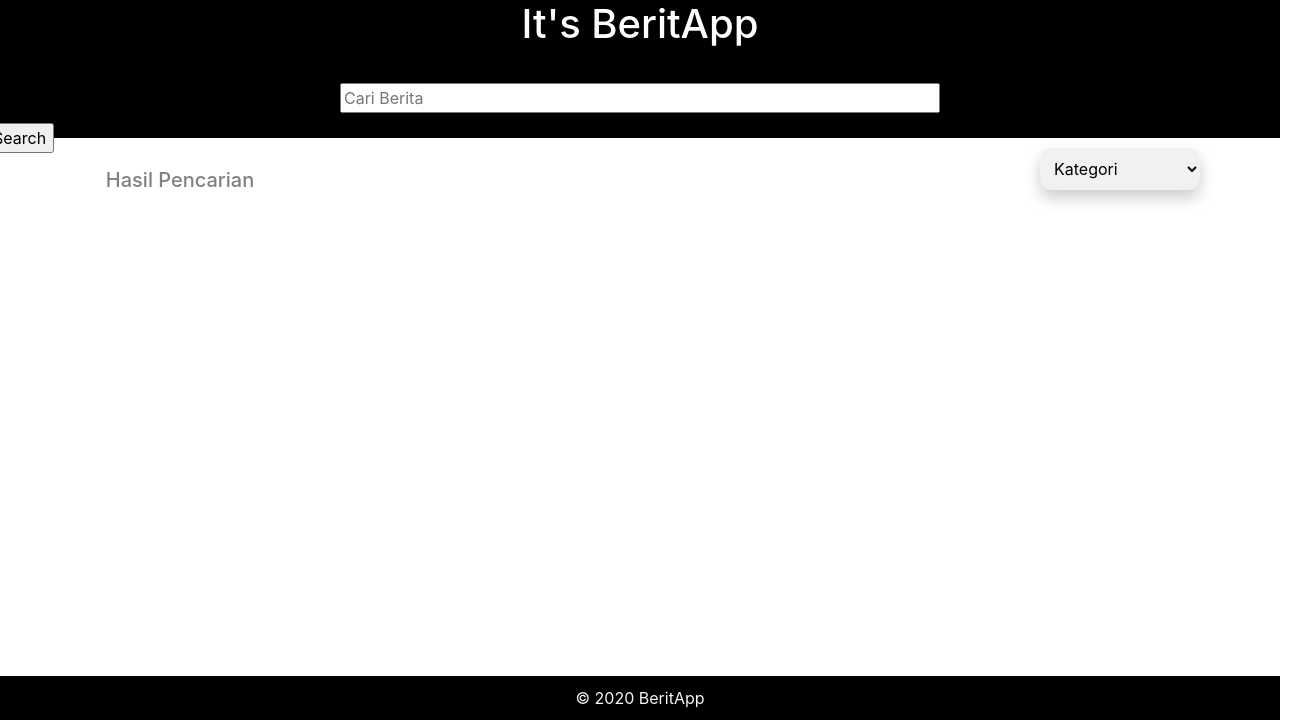
Repository: faalihnst/berita
Page: /
The author's editor kept a copy of each file at every save. The page is drawn from the files as they stood at one save, then again after the next save.
The browser window is 1280 px wide. The page is 1295 px wide, so the pictures cover 1295 px, including what lies to the right of the window. The pictures show the whole page.
The project was rebuilt for these pictures with package versions that can differ from the ones it lists, and the page was loaded fresh each time.

Above is the page before, as saved 2020-06-05 08:47:09.

After the next save:
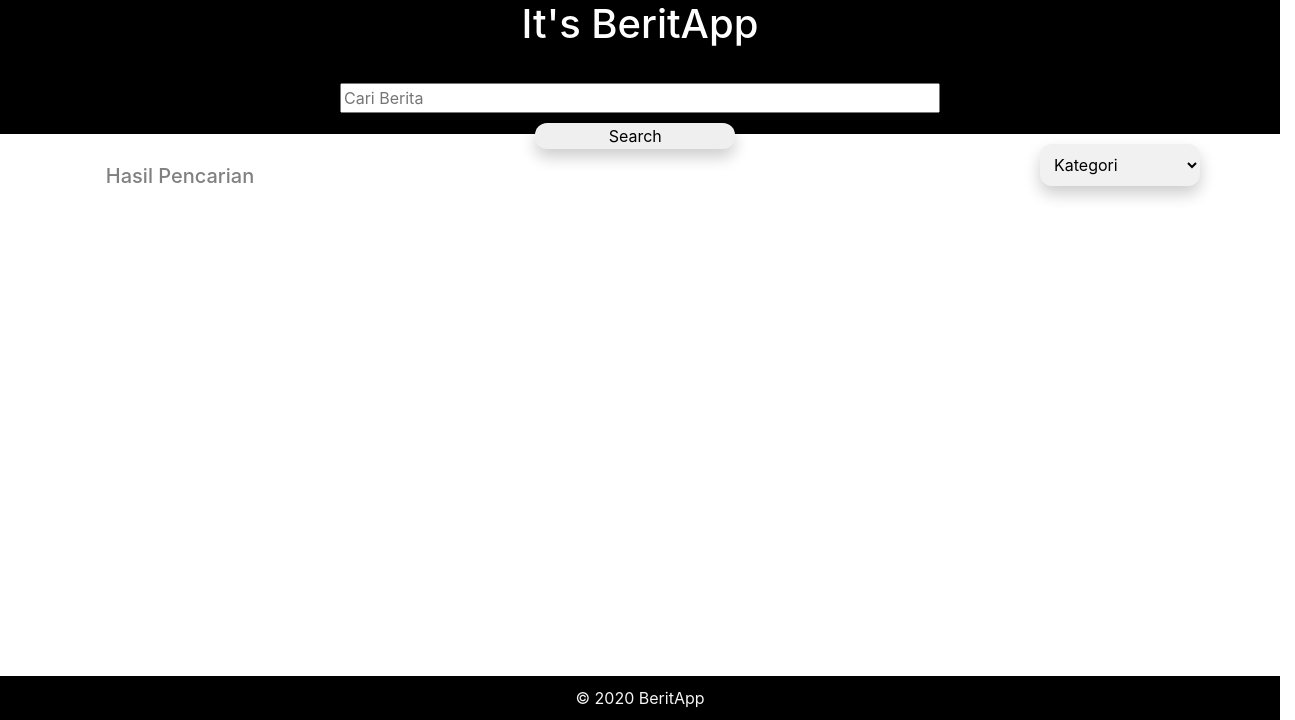
Saved 47 s later.
--- a/src/assets/style.css
+++ b/src/assets/style.css
@@ -89,7 +89,7 @@ input#titleBar{
   align-content: center;
 }
 
-/* .button#search{
+.button#search{
   margin-top: 0%;
   margin-left: 42%;
   width: 200px;
@@ -97,7 +97,7 @@ input#titleBar{
   border: none;
   box-shadow: 0px 8px 16px 0px rgba(0,0,0,0.2);
   z-index: 1;
-} */
+}
 
 .grid-container{
   grid-template-columns: auto auto;
